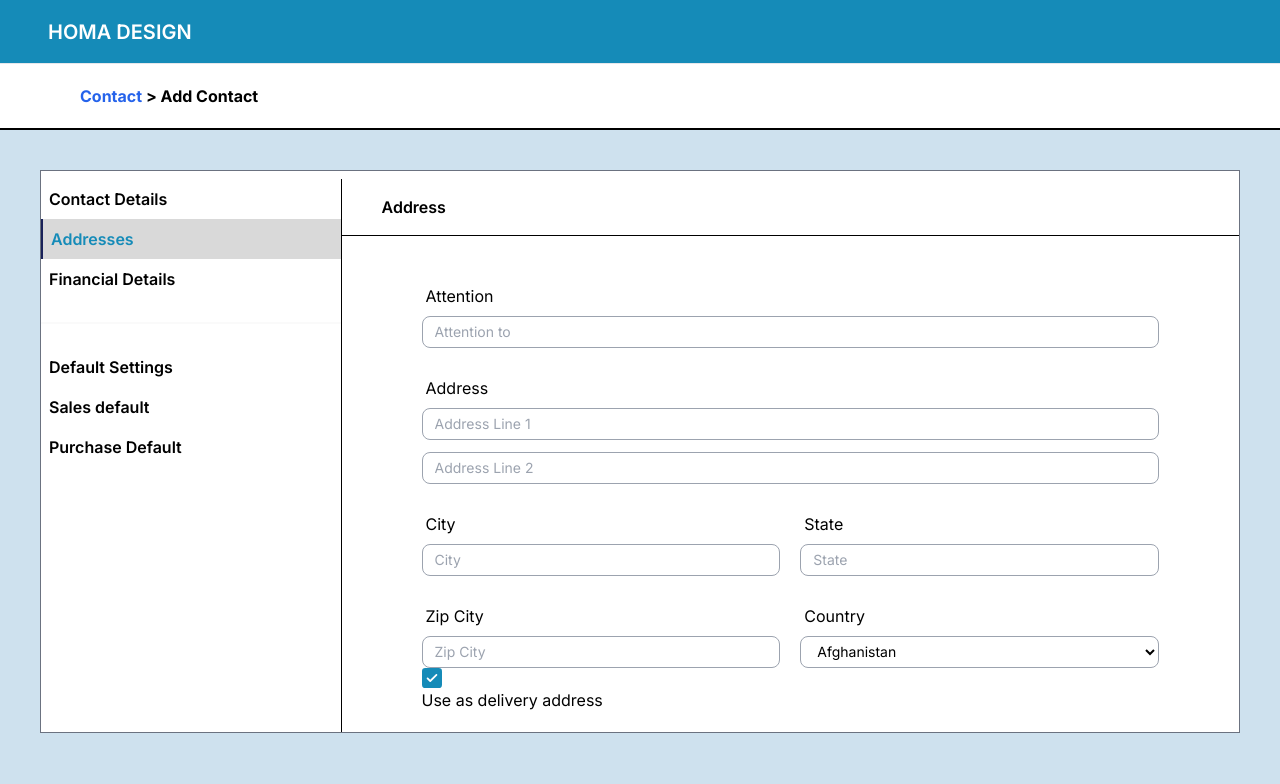
Repository: khairul35/homa-FE
Page: /contact
These files come from the project's save history. The page is drawn as it stood at one moment and after the next save; the edit follows.
The browser window is 1280 px wide. The pictures show the whole page.
The project was rebuilt for these pictures with package versions that can differ from the ones it lists, and the page was loaded fresh each time. The framework's server and built-in components were replaced by stand-ins that run in the browser. Also part of the build but not shown: next.config.js, app/components/layout/header/BusinessMenu.tsx, app/components/layout/header/CompanyMenu.tsx, app/contact/index.component.tsx, app/contact/form/contact-details/index.module.css, app/contact/form/contact-details/index.component.tsx, app/contact/form/contact-details/index.tsx.

Above is the page before, as saved 2024-01-07 21:19:03.

After the next save:
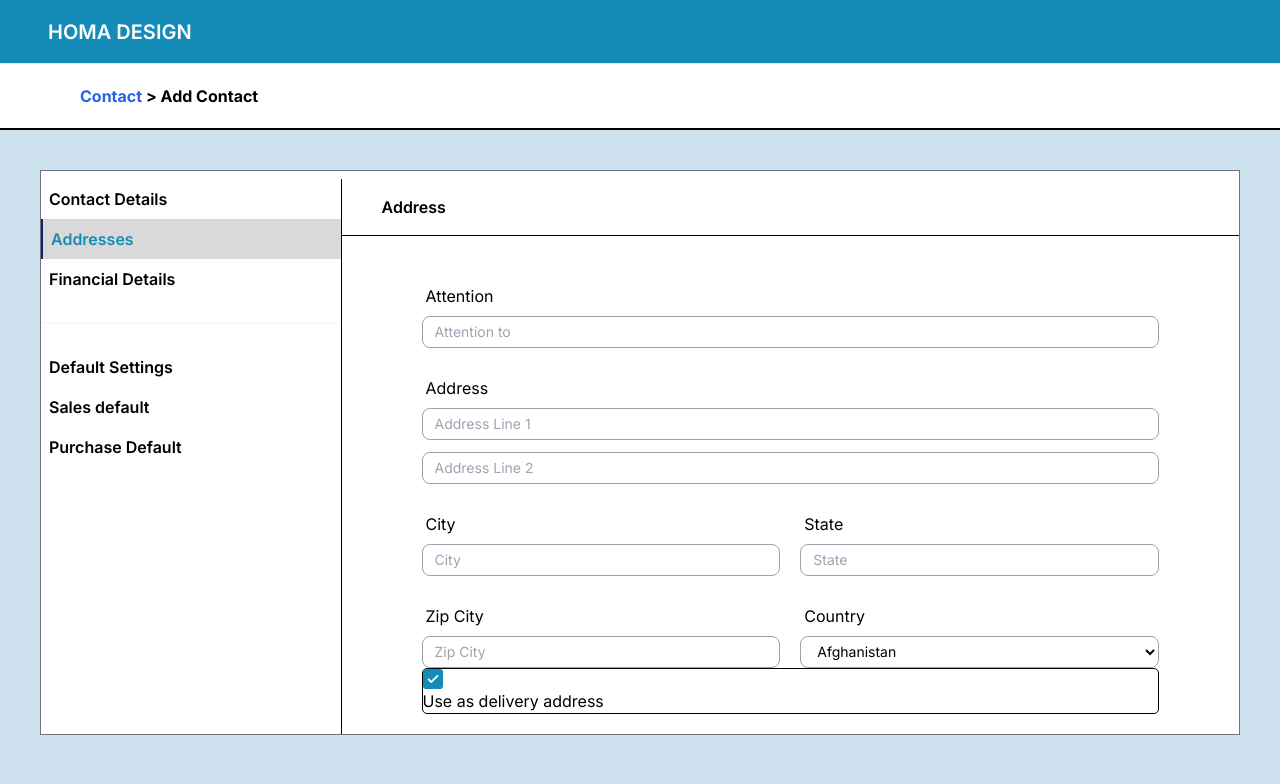
Saved 12 s later.
--- a/app/contact/form/address/index.component.tsx
+++ b/app/contact/form/address/index.component.tsx
@@ -13,8 +13,16 @@ const Component = (props: ComponentProps) => {
                 <rect width="30" height="30" rx="5" fill="#158BB8"/>
                 <path fill-rule="evenodd" clip-rule="evenodd" d="M21.6894 9C21.3155 9 20.9817 9.14689 20.7413 9.38727L12.3416 17.8003L9.28354 14.7289C9.04316 14.4885 8.70931 14.3416 8.3354 14.3416C7.60093 14.3416 7 14.9425 7 15.677C7 16.0509 7.14689 16.3848 7.38727 16.6251L11.3935 20.6313C11.6338 20.8717 11.9677 21.0186 12.3416 21.0186C12.7155 21.0186 13.0494 20.8717 13.2897 20.6313L22.6376 11.2835C22.8779 11.0432 23.0248 10.7093 23.0248 10.3354C23.0248 9.60093 22.4239 9 21.6894 9Z" fill="white"/>
             </svg>
-        )
-    }
+        );
+    };
+
+    const FakeEmptyCheckBox = () => {
+        return (
+            <svg xmlns="http://www.w3.org/2000/svg" width="20" height="20" viewBox="0 0 30 30" fill="none">
+                <rect width="30" height="30" rx="5" fill="#158BB8"/>
+            </svg>
+        );
+    };
 
     return (
         <div>
@@ -77,7 +85,7 @@ const Component = (props: ComponentProps) => {
                                 </select>
                         </div>
                     </div>
-                    <div>
+                    <div className={styles.billingIsDeliveryCheckBox}>
                         <FakeCheckBox />
                         Use as delivery address
                     </div>
